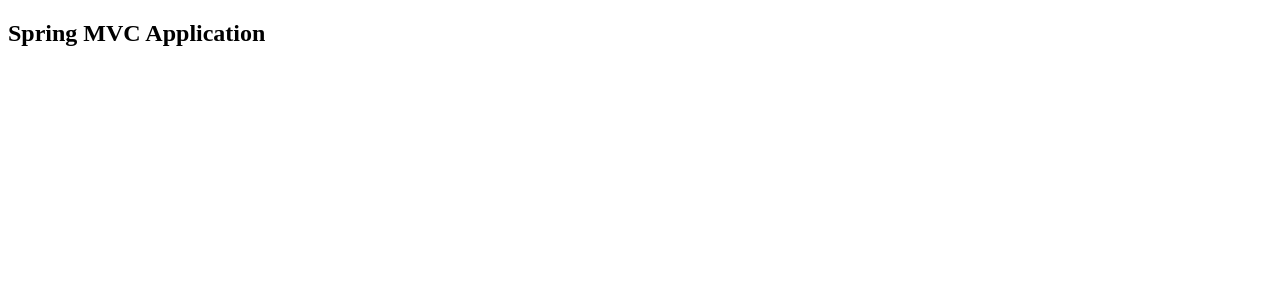
Repository: Kaleakash/mentorsession
Page: http://localhost/SpringMVCWithORM/
An editor plug-in stored every save of this project. The page is shown before and after the next save, followed by the edit.
The browser window is 1280 px wide. The pictures show the whole page.
The page is served by Tomcat 9.

Above is the page before, as saved 2022-04-25 03:53:48.

After the next save:
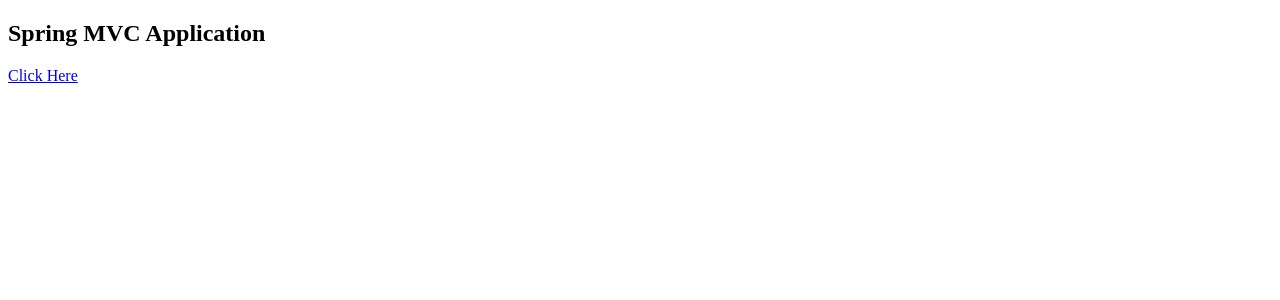
Saved 39 s later.
--- a/Workspace/SpringMVCWithORM/WebContent/index.jsp
+++ b/Workspace/SpringMVCWithORM/WebContent/index.jsp
@@ -8,5 +8,6 @@
 </head>
 <body>
 	<h2>Spring MVC Application</h2>
+	<a href="hello">Click Here</a>
 </body>
 </html>
